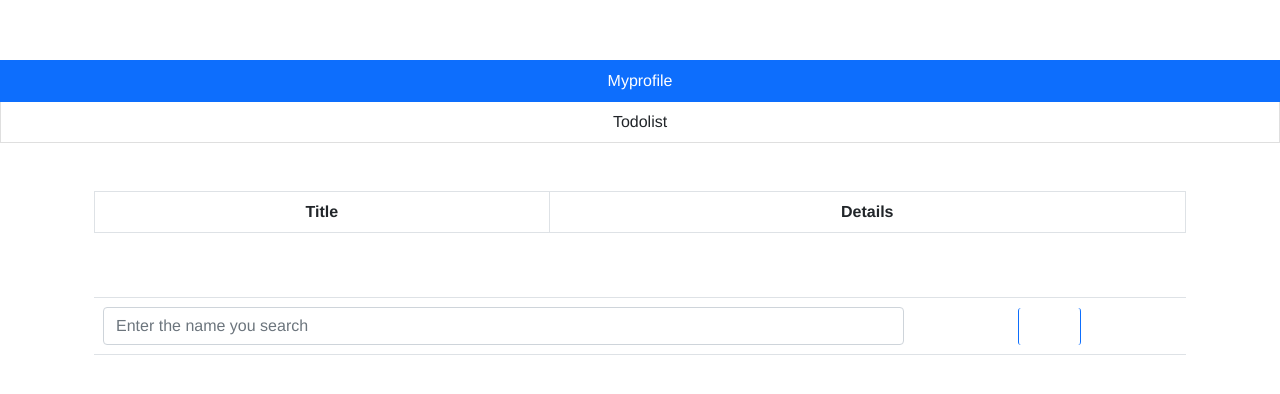
Repository: Shanshan67/todolist
Page: /#/profile
The author's editor kept a copy of each file at every save. The page is drawn from the files as they stood at one save, then again after the next save.
The browser window is 1280 px wide. The pictures show the whole page.
The project was rebuilt for these pictures with package versions that can differ from the ones it lists, and the page was loaded fresh each time. Also part of the build but not shown: src/components/Dashboard.vue, src/components/Todolist.vue.

Above is the page before, as saved 2022-07-15 23:13:11.

After the next save:
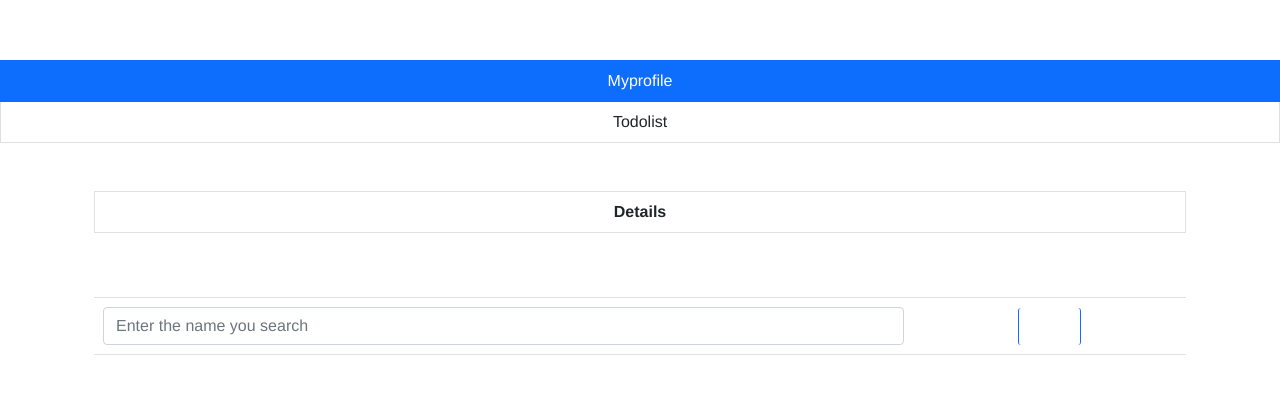
Saved 48 s later.
--- a/src/components/List.vue
+++ b/src/components/List.vue
@@ -5,7 +5,6 @@
 				<table class="table table-bordered mt-5">
 					<thead>
 						<tr>
-							<th>Title</th>
 							<th>Details</th>
 						</tr>
 					</thead>
